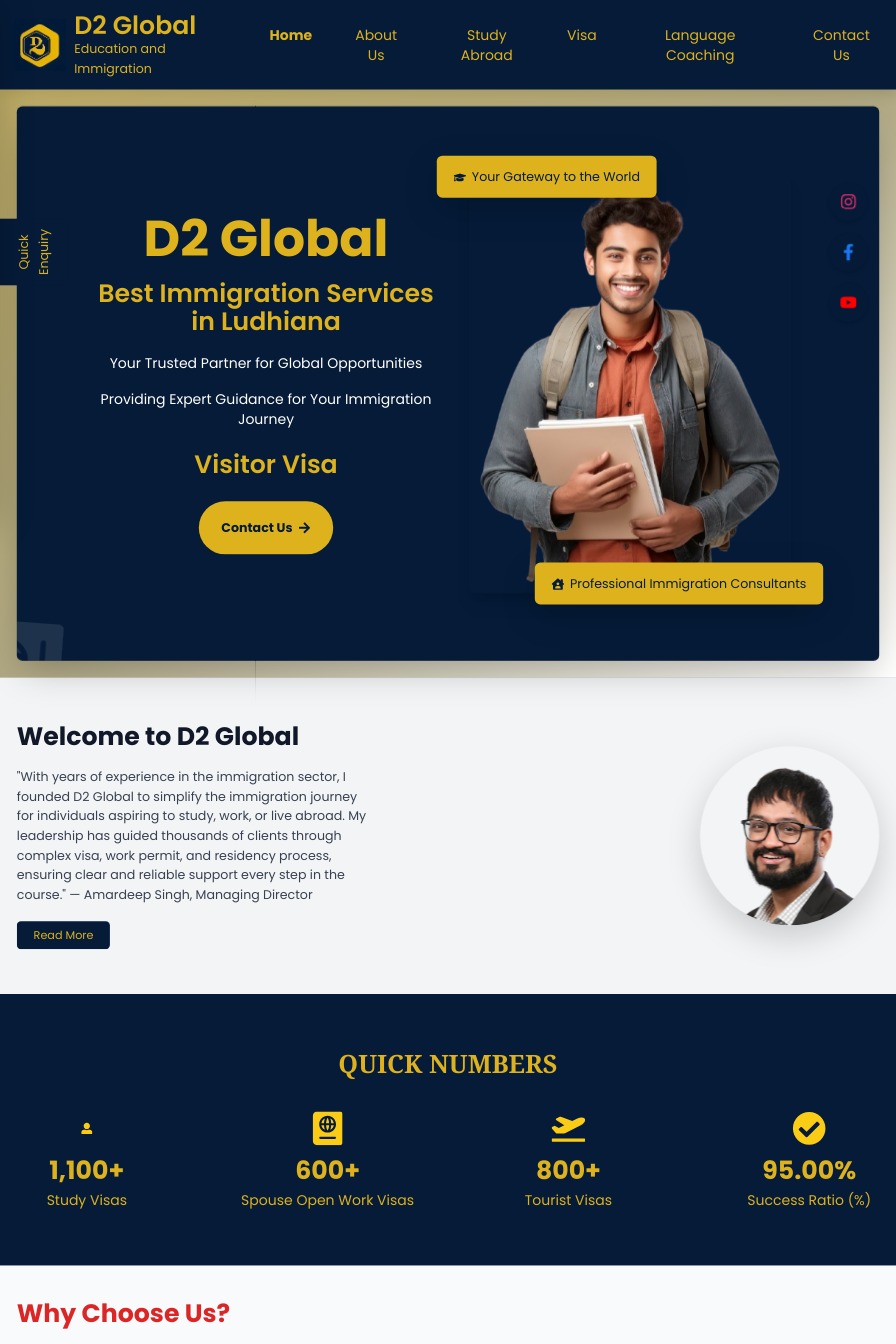
Repository: abhijeets54/d2globalbackup
Page: /
An editor plug-in stored every save of this project. The page is shown before and after the next save, followed by the edit.
The browser window is 1280 px wide. The pictures show the part of the page from y = 0 to 1920 px (the page is 6872 px tall before and 6848 px after), at 70% of full size.
The page's requests for data from a server got no answer. The project was rebuilt for these pictures with package versions that can differ from the ones it lists, and the page was loaded fresh each time. No one was signed in, and anything a server would have sent is missing. Also part of the build but not shown: vite.config.js, src/components/Button.jsx, src/components/PostCard.jsx, src/components/Input.jsx, src/components/Collage.jsx, src/components/PopupForm.jsx, src/components/Events.jsx, src/components/People.jsx and 29 more. Imported but missing from the stored project, and not drawn on this page: src/components/Donate/RestoftheWorld.jsx, src/components/Donate/WithInIndia.jsx, src/components/JoinUs.jsx, src/components/Projects/Awareness.jsx, src/components/Projects/Education.jsx, src/components/Projects/HumanitarianAid.jsx, src/components/ThreePillars.jsx, src/pages/Donate.jsx and 2 more.

Above is the page before, as saved 2024-10-08 09:55:16.

### index.html
<!doctype html>
<html lang="en">
  <head>
    <meta charset="UTF-8" />
    <link rel="icon" type="image/svg+xml" href="/logo.webp" />
    <meta name="viewport" content="width=device-width, initial-scale=1.0" />
    <link href="https://fonts.googleapis.com/css2?family=Gothic+A1&family=Inconsolata:wght@200..900&family=Mukta:wght@200;300;400;500;600;700;800&family=Poppins:ital,wght@0,100;0,200;0,300;0,400;0,500;0,600;0,700;0,800;0,900;1,100;1,200;1,300;1,400;1,500;1,600;1,700;1,800;1,900&display=swap" rel="stylesheet">

    <link href="https://cdn.jsdelivr.net/npm/bootstrap@5.3.3/dist/css/bootstrap.min.css" rel="stylesheet" integrity="sha384-QWTKZyjpPEjISv5WaRU9OFeRpok6YctnYmDr5pNlyT2bRjXh0JMhjY6hW+ALEwIH" crossorigin="anonymous">
    <link
  rel="stylesheet"
  href="https://cdnjs.cloudflare.com/ajax/libs/font-awesome/5.15.3/css/all.min.css"
/>
    <title>D2 Global</title>
  </head>
  <body class="bg-slate-400">
    <div id="root"></div>
    <script src="https://cdn.jsdelivr.net/npm/bootstrap@5.3.3/dist/js/bootstrap.bundle.min.js" integrity="sha384-YvpcrYf0tY3lHB60NNkmXc5s9fDVZLESaAA55NDzOxhy9GkcIdslK1eN7N6jIeHz" crossorigin="anonymous"></script>
    <script type="module" src="/src/main.jsx"></script>
  </body>
</html>

### src/App.jsx
import React, { useState, useEffect } from 'react'
import './App.css'
import { Footer, Header } from './components'
import { Outlet } from 'react-router-dom'


function App() {
  const [loading, setLoading] = useState(false)

  return !loading ? (
    <div className='min-h-screen flex flex-wrap content-between bg-gray-400'>
      <div className='w-full block'>
        <Header />
        <main>
        <Outlet />
        </main>
        <Footer />
      </div>
    </div>
  ) : null
}

export default App

### src/pages/Home.jsx
import React, { useState } from 'react';
import { useNavigate } from 'react-router-dom';
import Collage from '../components/Collage';
import OurAssociates from '../components/OurAssociates';
import QuickNumbers from '../components/QuickNumbers';
import WhatPeopleAreSaying from '../components/WhatPeopleAreSaying';

import Register from '../components/Register';

import About from '../components/About';
import Offer from '../components/Offer';
import Countries from '../components/Countries';
import PopupForm from '../components/PopupForm';
import Events from '../components/Events';
import QuickEnquiry from '../components/ContactUs/QuickEnquiry';
import Choose from '../components/Choose';
import People from '../components/People';
import CollageWithAnimations from '../components/CollageWithAnimations';
function Home() {
  const navigate = useNavigate();
  const [showFullText, setShowFullText] = useState(false);

  const handleReadMore = () => {
    navigate('/About');
  };

  const handleMoreAboutUs = () => {
    setShowFullText(!showFullText);
  };

  return (
    <>
   <CollageWithAnimations/>
      {/* <PopupForm /> */}
      <QuickEnquiry />
      {/* <Collage /> */}

        <About />
        {/* <People/> */}
        <QuickNumbers />
        <Choose/>
        <Offer />

        {/* <Timeline /> */}



            <Countries />


            <OurAssociates />

          <WhatPeopleAreSaying />
          {/* <Events /> */}

          <Register />


    </>
  );
}

export default Home;

### src/components/About.jsx
import React, { useEffect, useState, useRef } from 'react';
import { useNavigate } from 'react-router-dom';

const About = () => {
  const [slideIn, setSlideIn] = useState(false);
  const aboutSectionRef = useRef(null);
  const navigate = useNavigate();

  useEffect(() => {
    const observer = new IntersectionObserver(
      (entries) => {
        entries.forEach((entry) => {
          if (entry.isIntersecting) {
            setSlideIn(true);
          }
        });
      },
      {
        threshold: 0.3,
      }
    );

    if (aboutSectionRef.current) {
      observer.observe(aboutSectionRef.current);
    }

    return () => {
      if (aboutSectionRef.current) {
        observer.unobserve(aboutSectionRef.current);
      }
    };
  }, []);

  const handleReadMore = () => {
    navigate('/AboutUs');
  };

  return (
    <div ref={aboutSectionRef} className="flex items-center justify-center bg-gray-100 py-12 md:py-16">
      <div className="container mx-auto flex flex-col md:flex-row items-center justify-between px-4">

        {/* Sliding Text Content */}
        <div
          className={`transform transition-transform duration-1000 ${
            slideIn ? 'translate-x-0' : '-translate-x-full'
          } mt-8 md:mt-0 md:mr-10 max-w-lg text-left md:text-left`}
        >
          <h2 className="text-3xl md:text-4xl  font-bold mb-4 text-gray-900">Welcome to D2 Global</h2>
          <p className="text-base md:text-lg text-gray-700">
          "With years of experience in the immigration sector, I founded D2 Global to simplify the immigration journey for individuals aspiring to study, work, or live abroad. My leadership has guided thousands of clients through complex visa, work permit, and residency process, ensuring clear and reliable support every step in the course."

— Amardeep Singh, Managing Director
          </p>

          {/* Read More Button */}
          <button
            onClick={handleReadMore}
            className="mt-4 inline-block bg-customBlue text-customYellow px-6 py-2 rounded-md hover:bg-blue-600 transition-colors duration-300"
          >
            Read More
          </button>
        </div>

      {/* Sliding Image */}
<div
  className={`transform transition-transform duration-1000 ${
    slideIn ? 'translate-x-0' : 'translate-x-full'
  } mt-8 md:mt-0`}
>
  <img
    src="amar.webp"
    alt="Profile"
    className="rounded-full shadow-lg w-48 h-48 md:w-64 md:h-64 object-cover object-top mx-auto md:mx-0"
    style={{ objectPosition: 'top center' }} // This will center the face more
  />
</div>


      </div>
    </div>
  );
};

export default About;

### src/components/Layout.jsx
// src/components/Layout.jsx
import React from 'react';
import { Outlet, useNavigate } from 'react-router-dom';

const Layout = () => {
  const navigate = useNavigate();

  const handleDonateClick = () => {
    navigate('/Donate');
  };

  return (
    <div>
      <Outlet />
      {/* <a
        href="#top"
        className="fixed right-2 bottom-16 bg-blue-950 text-white hover:bg-yellow-500 py-1 px-2 rounded-2 h-8 w-10 mt-2"
        style={{ zIndex: 1000 }}
      >
        <img src="../../IOC Website pictures/icons8-top-50.png" alt="Go to top " />
      </a> */}
    </div>
  );
};

export default Layout;

### src/components/OurAssociates.jsx
import React from 'react';
import 'tailwindcss/tailwind.css';

const logos = [
  '/oxford.webp',
  '/regent.webp',
  '/webster.webp',
  '/avila.svg',
  '/iau.webp',
  '/bcnlip.webp',
  '/camino.webp',
  '/ihmgs.webp',
  '/uclan.webp',
  '/aura.webp',
  '/lyon.webp'
];

function OurAssociates() {
  return (
    <div className="bg-white py-8">
      <h4 className="text-center text-blue-950 mt-3 text-3xl font-semibold">OUR PARTNERS</h4>
      <br />
      <div className="overflow-hidden relative">
        <div className="flex animate-scroll1 space-x-4 sm:space-x-6 lg:space-x-8">
          {logos.concat(logos).map((logo, index) => (
            <div key={index} className="flex-shrink-0">
              <img
                src={logo}
                alt={`Logo ${index + 1}`}
                className="h-24 w-24 sm:h-32 sm:w-32 lg:h-40 lg:w-40 object-contain"
              />
            </div>
          ))}
        </div>
      </div>
    </div>
  );
}

export default OurAssociates;

### src/components/QuickNumbers.jsx
import React, { useEffect, useState, useRef } from 'react';
import CountUp from 'react-countup';
import { FaUserAlt, FaPassport, FaPlaneDeparture, FaCheckCircle } from 'react-icons/fa';
import 'tailwindcss/tailwind.css';

const data = [
  {
    icon: <FaUserAlt className="h-12 w-12++ text-yellow-400 mb-2" />,
    number: 1100,
    label: 'Study Visas'
  },
  {
    icon: <FaPassport className="h-12 w-12 text-yellow-400 mb-2" />,
    number: 600,
    label: 'Spouse Open Work Visas'
  },
  {
    icon: <FaPlaneDeparture className="h-12 w-12 text-yellow-400 mb-2" />,
    number: 800,
    label: 'Tourist Visas'
  },
  {
    icon: <FaCheckCircle className="h-12 w-12 text-yellow-400 mb-2" />,
    number: 95,
    label: 'Success Ratio (%)',
    isDecimal: true,
  }
];

function QuickNumbers() {
  const [showCounts, setShowCounts] = useState(false);
  const quickNumbersRef = useRef(null);

  useEffect(() => {
    const observer = new IntersectionObserver(
      (entries) => {
        if (entries[0].isIntersecting) {
          setShowCounts(true);
        }
      },
      { threshold: 0.2 }
    );

    if (quickNumbersRef.current) {
      observer.observe(quickNumbersRef.current);
    }

    return () => {
      if (quickNumbersRef.current) {
        observer.unobserve(quickNumbersRef.current);
      }
    };
  }, []);

  return (
    <div ref={quickNumbersRef} className="bg-customBlue py-8 w-full">
      <h2 className="text-center text-2xl sm:text-4xl font-serif font-extrabold text-customYellow pt-5 mb-8">
        QUICK NUMBERS
      </h2>

      {/* Responsive Grid Layout */}
      <div className="grid grid-cols-1 sm:grid-cols-2 lg:grid-cols-4 gap-8 lg:gap-24 mt-5 pb-5">
        {data.map((item, index) => (
          <div key={index} className="text-center text-customYellow flex flex-col items-center">
            <div className="quicknumber flex flex-col justify-center items-center">
              <div className="icon mb-2">{item.icon}</div>
              <h3 className="text-2xl sm:text-4xl font-bold">
                {showCounts && (
                  <CountUp
                    end={item.number}
                    duration={7}
                    decimals={item.isDecimal ? 2 : 0}
                    suffix={item.isDecimal ? "%" : "+"}
                  />
                )}
              </h3>
              <p className="mt-2 text-base sm:text-xl">{item.label}</p>
            </div>
          </div>
        ))}
      </div>
    </div>
  );
}

export default QuickNumbers;

### src/components/Header/Header.jsx
import React, { useState } from 'react';
import { Container, Logo } from '../index';
import { useNavigate, useLocation } from 'react-router-dom';
import { FaBars, FaTimes, FaFacebookF, FaInstagram, FaYoutube, FaLinkedin, FaSnapchat } from 'react-icons/fa';

const customStyles = `
  .underline-slide {
    position: relative;
    display: inline-block;
    font-weight: normal;
  }

  .underline-slide::after {
    content: '';
    position: absolute;
    bottom: -2px;
    left: 0;
    width: 0;
    height: 2px;
    background-color: yellow;
    transition: width 0.3s ease;
  }

  .underline-slide:hover::after {
    width: 100%;
  }

  .underline-slide:hover {
    font-weight: bold;
  }

  .active-page {
    font-weight: bold;
    border: none;
  }

  .mobile-menu-enter {
    transform: translateY(-100%);
    opacity: 0;
    transition: all 0.3s ease-out;
  }

  .mobile-menu-enter-active {
    transform: translateY(0);
    opacity: 1;
  }

  .mobile-menu-exit {
    transform: translateY(0);
    opacity: 1;
    transition: all 0.3s ease-in;
  }

  .mobile-menu-exit-active {
    transform: translateY(-100%);
    opacity: 0;
  }
`;

function Header() {
  const [menuOpen, setMenuOpen] = useState(false);
  const [activeDropdown, setActiveDropdown] = useState(null);
  const navigate = useNavigate();
  const location = useLocation();

  const navItems = [
    { name: 'Home', slug: '/' },
    { name: 'About Us', slug: '/AboutUs' },
    {
      name: 'Study Abroad',
      slug: '/StudyAbroad',
      dropdown: [
        { name: 'Study in UK', slug: '/StudyUK' },
        { name: 'Study in Canada', slug: '/StudyCan' },
        { name: 'Study in Australia', slug: '/StudyAus' },
        { name: 'Study in USA', slug: '/StudyUSA' },
        { name: 'Study in Europe', slug: '/StudyEurope' },
        { name: 'Study in Dubai', slug: '/StudyDubai' },
      ],
    },
    {
      name: 'Visa',
      slug: '/visa',
      dropdown: [
        { name: 'Study Visa', slug: '/StudyAbroad' },
        // { name: 'Work Visa', slug: '/WorkVisa' },
        { name: 'Visitor Visa', slug: '/VisitorVisa' },
        { name: 'Tourist Visa', slug: '/TouristVisa' },
        { name: 'Permanent Residency', slug: '/PR' },
      ],
    },
    {
      name: 'Language Coaching',
      slug: '/Training',
    },
    { name: 'Contact Us', slug: '/Contactpage' },
  ];

  const toggleMenu = () => setMenuOpen(!menuOpen);

  const toggleDropdown = (index) => {
    setActiveDropdown(activeDropdown === index ? null : index);
  };

  const handleNavigation = (slug) => {
    navigate(slug);
    setMenuOpen(false);
    setActiveDropdown(null);
  };

  return (
    <>
      {/* Include custom styles in the header */}
      <style>{customStyles}</style>

    {/* Contact Information Section */}
{/* <div className="bg-customBlue py-2 text-customYellow text-sm">
  <div className="container mx-auto flex justify-center">
    <div className="flex space-x-6 items-center text-xl lg:text-2xl">
      <a
        href="https://www.facebook.com/profile.php?id=100013114175614&mibextid=LQQJ4d"
        target="_blank"
        rel="noopener noreferrer"
        className="text-blue-600"
      >
        <FaFacebookF />
      </a>
      <a
        href="https://www.instagram.com/d2globalinfo?igsh=M244eHMycGdvZDhm"
        target="_blank"
        rel="noopener noreferrer"
        className="text-pink-600"
      >
        <FaInstagram />
      </a>
      <a
        href="https://snapchat.com/t/oAdKBVHs"
        target="_blank"
        rel="noopener noreferrer"
        className="text-yellow-600"
      >
        <FaSnapchat />
      </a>
      <a
        href="http://www.youtube.com/@D2Global"
        target="_blank"
        rel="noopener noreferrer"
        className="text-red-600"
      >
        <FaYoutube />
      </a>
    </div>
  </div>
</div> */}


      {/* Navigation Header */}
      <header className="shadow bg-customBlue text-customYellow top-12 left-0 w-full z-50">
        <Container>
          <nav className="py-3 flex justify-between items-center">
            <div className="flex items-center mr-3 ml-5 w-18 h-18">
              <button onClick={() => navigate('/')} className="focus:outline-none">
                <Logo className="w-full h-full object-contain" />
              </button>

              {/* Add the company name and tagline here */}
              <div className="ml-3 text-customYellow text-left">
                <p className="text-2xl lg:text-4xl font-semibold">D2 Global</p>
                <p className="text-lg lg:text-lg">Education and Immigration</p>
              </div>
            </div>

            {/* Hamburger Menu */}
            <div className="lg:hidden mr-5">
              <button onClick={toggleMenu} className="text-customYellow focus:outline-none">
                {menuOpen ? <FaTimes size={28} /> : <FaBars size={28} />}
              </button>
            </div>

            {/* Desktop Menu */}
            <ul className="hidden lg:flex ml-auto">
              {navItems.map((item, index) => (
                <li key={item.name} className="relative">
                  <button
                    onClick={() =>
                      item.dropdown ? toggleDropdown(index) : handleNavigation(item.slug)
                    }
                    className={`underline-slide inline-block px-6 py-3 lg:py-4 text-lg lg:text-xl duration-200 ${location.pathname === item.slug ? 'active-page' : 'text-customYellow'}`}
                  >
                    {item.name}
                  </button>

                  {item.dropdown && activeDropdown === index && (
                    <ul className="absolute left-0 mt-1 w-48 bg-customBlue shadow-lg z-50 text-customYellow">
                      {item.dropdown.map((subItem) => (
                        <li key={subItem.name}>
                          <button
                            onClick={() => handleNavigation(subItem.slug)}
                            className={`block px-4 py-2 hover:underline hover:text-customYellow w-full text-left text-lg lg:text-xl ${location.pathname === subItem.slug ? 'font-bold' : ''}`}
                          >
                            {subItem.name}
                          </button>
                        </li>
                      ))}
                    </ul>
                  )}
                </li>
              ))}
            </ul>

            {/* Mobile Menu */}
            {menuOpen && (
              <div className="lg:hidden absolute top-16 left-0 w-full bg-customBlue shadow-md z-40 text-customYellow">
                <ul className="flex flex-col items-center space-y-4 py-6">
                  {navItems.map((item, index) => (
                    <li key={item.name}>
                      <button
                        onClick={() =>
                          item.dropdown ? toggleDropdown(index) : handleNavigation(item.slug)
                        }
                        className={`underline-slide inline-block px-6 py-2 duration-200 text-lg ${location.pathname === item.slug ? 'active-page' : 'text-customYellow'}`}
                      >
                        {item.name}
                      </button>

                      {item.dropdown && activeDropdown === index && (
                        <>
                          <ul className="bg-customBlue shadow-lg z-50 w-full text-customYellow">
                            {item.dropdown.map((subItem) => (
                              <li key={subItem.name}>
                                <button
                                  onClick={() => handleNavigation(subItem.slug)}
                                  className={`block px-4 py-2 hover:underline hover:text-customYellow w-full text-left text-lg ${location.pathname === subItem.slug ? 'font-bold' : ''}`}
                                >
                                  {subItem.name}
                                </button>
                              </li>
                            ))}
                          </ul>
                          <button
                            onClick={() => toggleDropdown(index)}
                            className="text-customYellow px-4 py-2 text-sm"
                          >
                            Close
                          </button>
                        </>
                      )}
                    </li>
                  ))}
                </ul>

                {/* Cross (X) button for mobile menu close */}
                <button onClick={toggleMenu} className="text-customYellow px-4 py-2 mt-4">
                  <FaTimes size={28} />
                </button>
              </div>
            )}
          </nav>
        </Container>
      </header>
    </>
  );
}

export default Header;

### src/components/container/Container.jsx
import React from 'react'

function Container({ children }) {
  return <div className='w-full'>{children}</div>
}

export default Container

### src/components/Logo.jsx
import React from 'react';
import logo from '/logo.webp'; // Adjust path as necessary

function Logo() {
  return (
    <div>
      <img src={logo} alt="logo" height={75} width={75}/>
    </div>
  );
}

export default Logo;

Loaded but not shown: tailwind.config.js (35 lines, source omitted); src/components/index.js (19 lines, source omitted); src/components/ContactUs/QuickEnquiry.jsx (202 lines, source omitted); src/components/Countries.jsx (133 lines, source omitted); src/components/CollageWithAnimations.jsx (150 lines, source omitted); src/components/Choose.jsx (155 lines, source omitted); src/components/Register.jsx (150 lines, source omitted); src/main.jsx (100 lines, source omitted); src/components/WhatPeopleAreSaying.jsx (112 lines, source omitted); src/components/ContactUs/ContactUs.jsx (89 lines, source omitted); src/App.css (212 lines, source omitted); src/index.css (166 lines, source omitted); src/components/Offer.jsx (69 lines, source omitted)

After the next save:
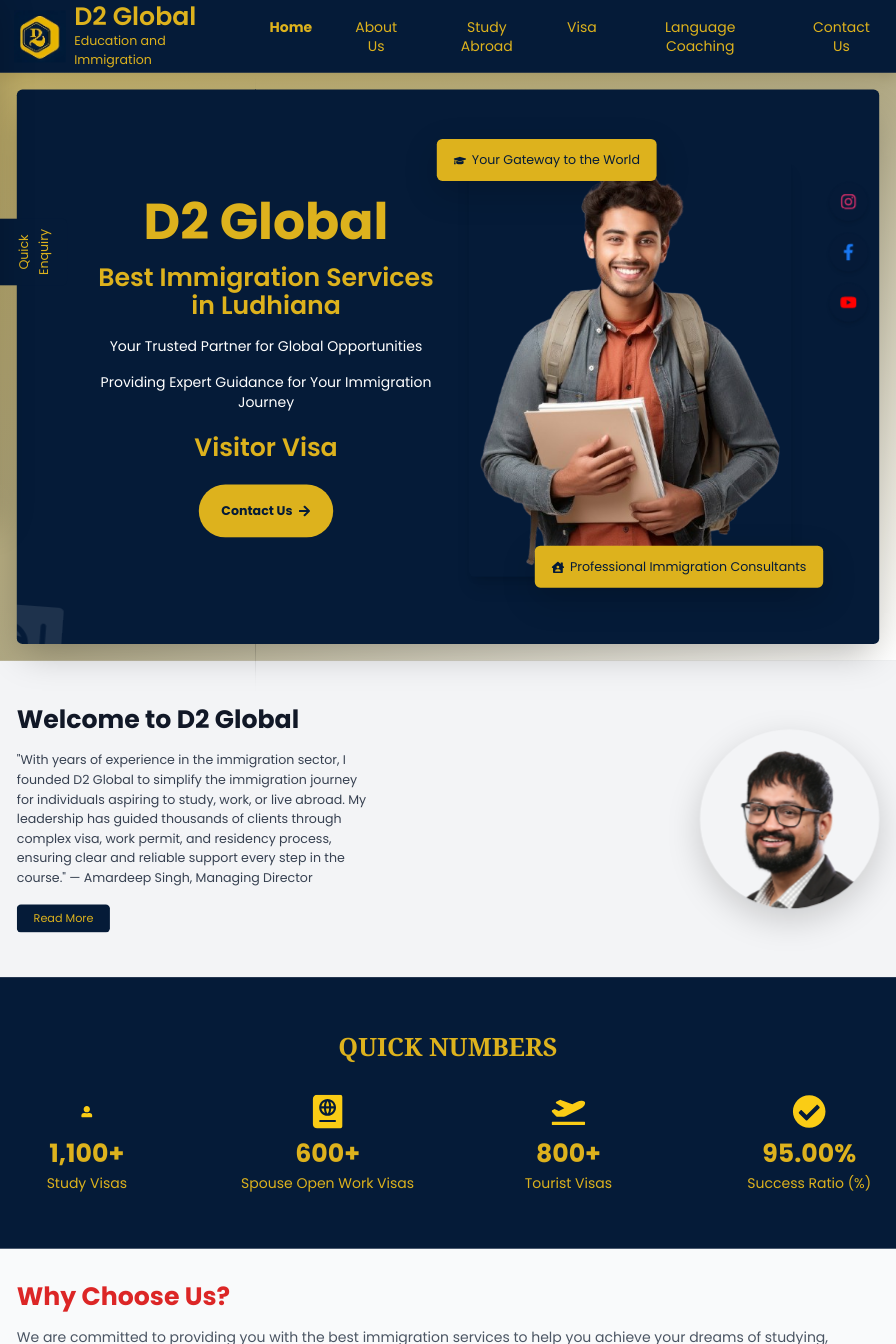
Saved 43 s later.
--- a/src/components/Header/Header.jsx
+++ b/src/components/Header/Header.jsx
@@ -157,7 +157,7 @@
       {/* Navigation Header */}
       <header className="shadow bg-customBlue text-customYellow top-12 left-0 w-full z-50">
         <Container>
-          <nav className="py-3 flex justify-between items-center">
+          <nav className="py-1 flex justify-between items-center">
             <div className="flex items-center mr-3 ml-5 w-18 h-18">
               <button onClick={() => navigate('/')} className="focus:outline-none">
                 <Logo className="w-full h-full object-contain" />
